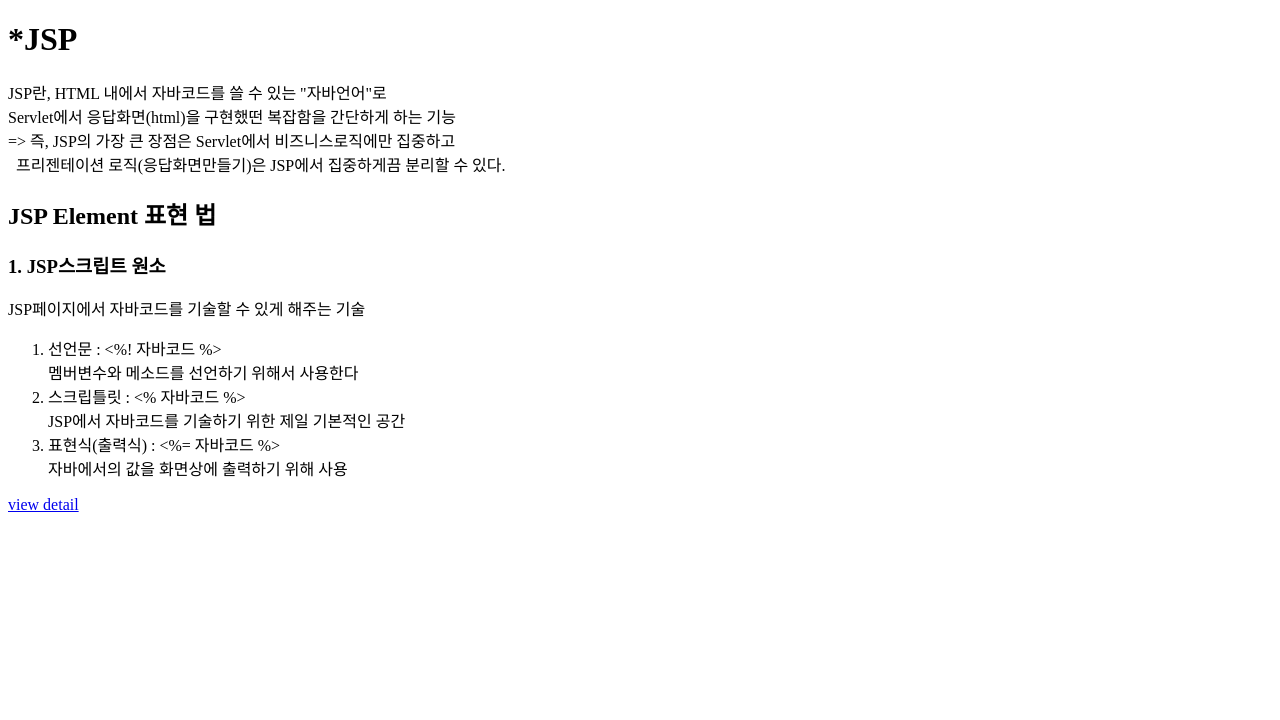
Repository: hyerangbi/Servlet
Page: 7_JSP/JSP/src/main/webapp/index.html
These files come from the project's save history. The page is drawn as it stood at one moment and after the next save; the edit follows.
The browser window is 1280 px wide. The pictures show the whole page.

Above is the page before, as saved 2024-09-10 02:31:06.

After the next save:
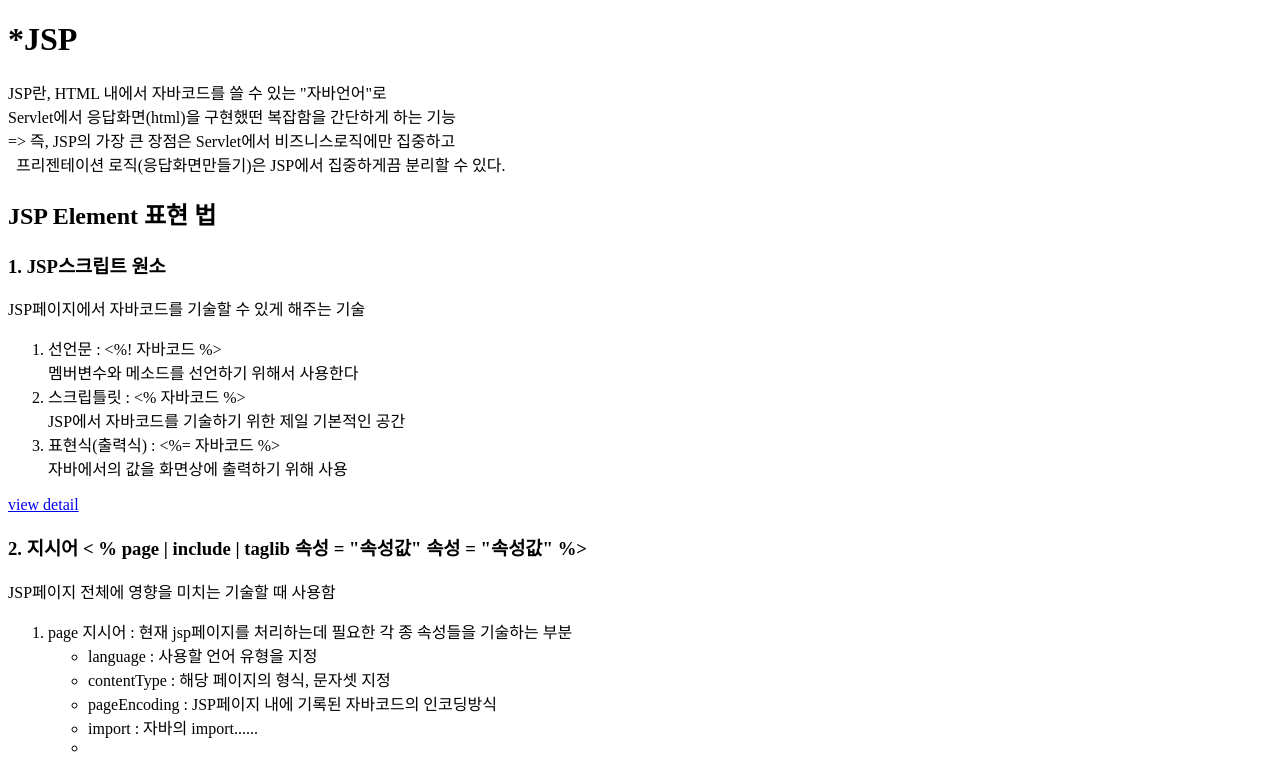
Saved 5 min 50 s later.
--- a/7_JSP/JSP/src/main/webapp/index.html
+++ b/7_JSP/JSP/src/main/webapp/index.html
@@ -34,5 +34,25 @@
     </ol>
 
     <a href="views/01_ScriptingElement.jsp">view detail</a>
+
+    <h3>
+    	2. 지시어
+    	&lt; % page | include | taglib 속성 = "속성값" 속성 = "속성값" %&gt;
+    </h3>
+
+    <p> JSP페이지 전체에 영향을 미치는 기술할 때 사용함 </p>
+
+    <ol>
+    	<li>
+    		page 지시어 : 현재 jsp페이지를 처리하는데 필요한 각 종 속성들을 기술하는 부분 <br>
+    		<ul>
+    			<li>language : 사용할 언어 유형을 지정</li>
+    			<li>contentType : 해당 페이지의 형식, 문자셋 지정</li>
+    			<li>pageEncoding : JSP페이지 내에 기록된 자바코드의 인코딩방식</li>
+    			<li>import : 자바의 import......</li>
+    			<li></li>
+    		</ul>
+    	</li>
+    </ol>
 </body>
 </html>
